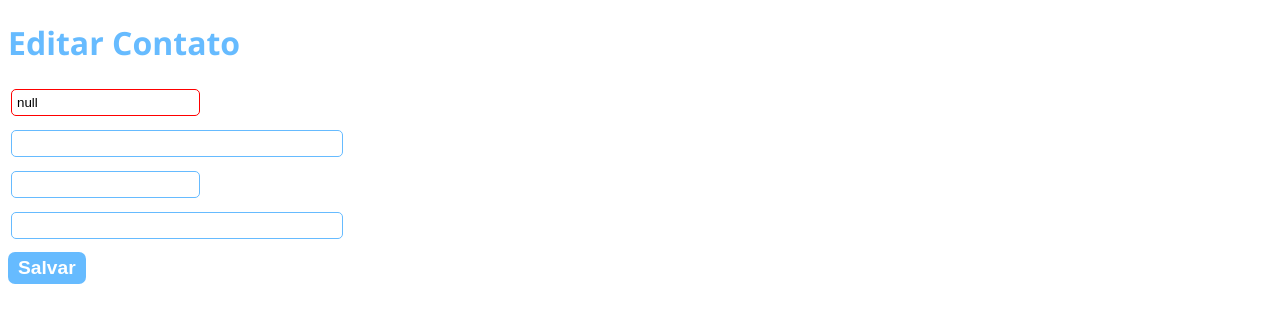
Repository: ricardoalves21/JavaWeb
Page: http://localhost/agenda/editar.jsp
These files come from the project's save history. The page is drawn as it stood at one moment and after the next save; the edit follows.
The browser window is 1280 px wide. The pictures show the whole page.
The page is served by Tomcat 9. Other server files are loaded and not shown.

Above is the page before, as saved 2021-06-17 23:57:48.

### projeto_agenda/agenda/WebContent/editar.jsp
<%@ page language="java" contentType="text/html; charset=UTF-8"
	pageEncoding="UTF-8"%>
<!DOCTYPE html>
<html>
<head>
	<meta charset="UTF-8">
	<title>Agenda de Contatos</title>
	<link rel="icon" href="imagens/Graphicloads-100-Flat-Phone.ico">
	<link rel="stylesheet" href="style.css">
</head>
<body>
	<h1>Editar Contato</h1>
	<form name="frmContato" action="">
		<table>
			<tr>
				<td><input type="text" name="idcon" id="caixa3" readonly value="<%out.print(request.getAttribute("idcon"));%>"></td>
			</tr>
			<tr>
				<td><input type="text" name="nome" class="Caixa1"></td>
			</tr>
			<tr>
				<td><input type="text" name="fone" class="Caixa2"></td>
			</tr>
			<tr>
				<td><input type="text" name="email" class="Caixa1"></td>
			</tr>
		</table>
		<input type="button" value="Salvar" class="Botao1" onclick="validar()">
	</form>
	<script src="scripts/validador.js"></script>
</body>
</html>

### projeto_agenda/agenda/WebContent/style.css
@charset "utf-8";
@import url('https://fonts.googleapis.com/css2?family=Open+Sans:wght@400;700&display=swap');

body {
	font-family: 'Open Sans', sans-serif;
	font-size: 1em;
	font-weight: 400;
}

h1 {
	color: #66bbff;
}

.Botao1 {
	text-decoration: none;
	background-color: #66bbff;
	padding: 5px 10px 5px 10px;
	border-radius: 7px;
	color: #fff;
	font-size: 1.2em;
	font-weight: 700;
	border: 0;
	cursor: pointer;
}

.Caixa1 {
	width: 320px;
	padding: 5px;
	margin-bottom: 10px;
	border: 1px solid #66bbff;
	border-radius: 5px;
}

.Caixa2 {
	padding: 5px;
	margin-bottom: 10px;
	border: 1px solid #66bbff;
	border-radius: 5px;
}

#caixa3 {
	padding: 5px;
	margin-bottom: 10px;
	border: 1px solid #ff0000;
	border-radius: 5px;
}

#tabela {
	margin-top: 30px;
	border-collapse: collapse;
}

#tabela th {
	border: 1px solid #ddd;
	padding: 10px;
	text-align: left;
	background-color: #66bbff;
	color: #fff;
}

#tabela td {
	border: 1px solid #ddd;
	padding: 10px;
}

### projeto_agenda/agenda/WebContent/scripts/validador.js
/**
 * Validação de formulário
 * @author Ricardo Alves
 */

function validar() {
	let nome = frmContato.nome.value;
	let fone = frmContato.fone.value;

	if (nome === "") {
		alert('Preencha o compo nome');
		frmContato.nome.focus();
		return false;
	} else if (fone === "") {
		alert('Preencha o compo fone');
		frmContato.fone.focus();
		return false;
	} else {
		document.forms["frmContato"].submit();
	}
}

After the next save:
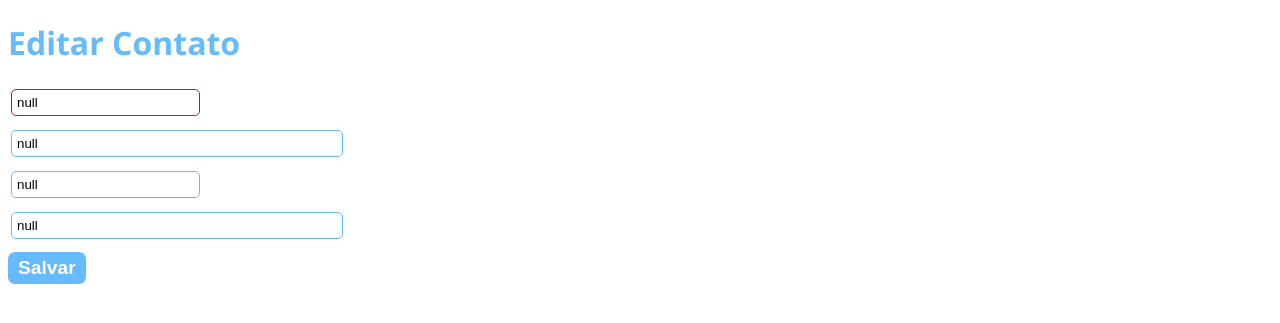
Saved 4 min 28 s later.
--- a/projeto_agenda/agenda/WebContent/editar.jsp
+++ b/projeto_agenda/agenda/WebContent/editar.jsp
@@ -3,26 +3,27 @@
 <!DOCTYPE html>
 <html>
 <head>
-	<meta charset="UTF-8">
-	<title>Agenda de Contatos</title>
-	<link rel="icon" href="imagens/Graphicloads-100-Flat-Phone.ico">
-	<link rel="stylesheet" href="style.css">
+<meta charset="UTF-8">
+<title>Agenda de Contatos</title>
+<link rel="icon" href="imagens/Graphicloads-100-Flat-Phone.ico">
+<link rel="stylesheet" href="style.css">
 </head>
 <body>
 	<h1>Editar Contato</h1>
 	<form name="frmContato" action="">
 		<table>
 			<tr>
-				<td><input type="text" name="idcon" id="caixa3" readonly value="<%out.print(request.getAttribute("idcon"));%>"></td>
+				<td><input type="text" name="idcon" id="caixa3" readonly
+					value="<%out.print(request.getAttribute("idcon"));%>"></td>
 			</tr>
 			<tr>
-				<td><input type="text" name="nome" class="Caixa1"></td>
+				<td><input type="text" name="nome" class="Caixa1" value="<%out.print(request.getAttribute("nome"));%>"></td>
 			</tr>
 			<tr>
-				<td><input type="text" name="fone" class="Caixa2"></td>
+				<td><input type="text" name="fone" class="Caixa2" value="<%out.print(request.getAttribute("fone"));%>"></td>
 			</tr>
 			<tr>
-				<td><input type="text" name="email" class="Caixa1"></td>
+				<td><input type="text" name="email" class="Caixa1" value="<%out.print(request.getAttribute("email"));%>"></td>
 			</tr>
 		</table>
 		<input type="button" value="Salvar" class="Botao1" onclick="validar()">
